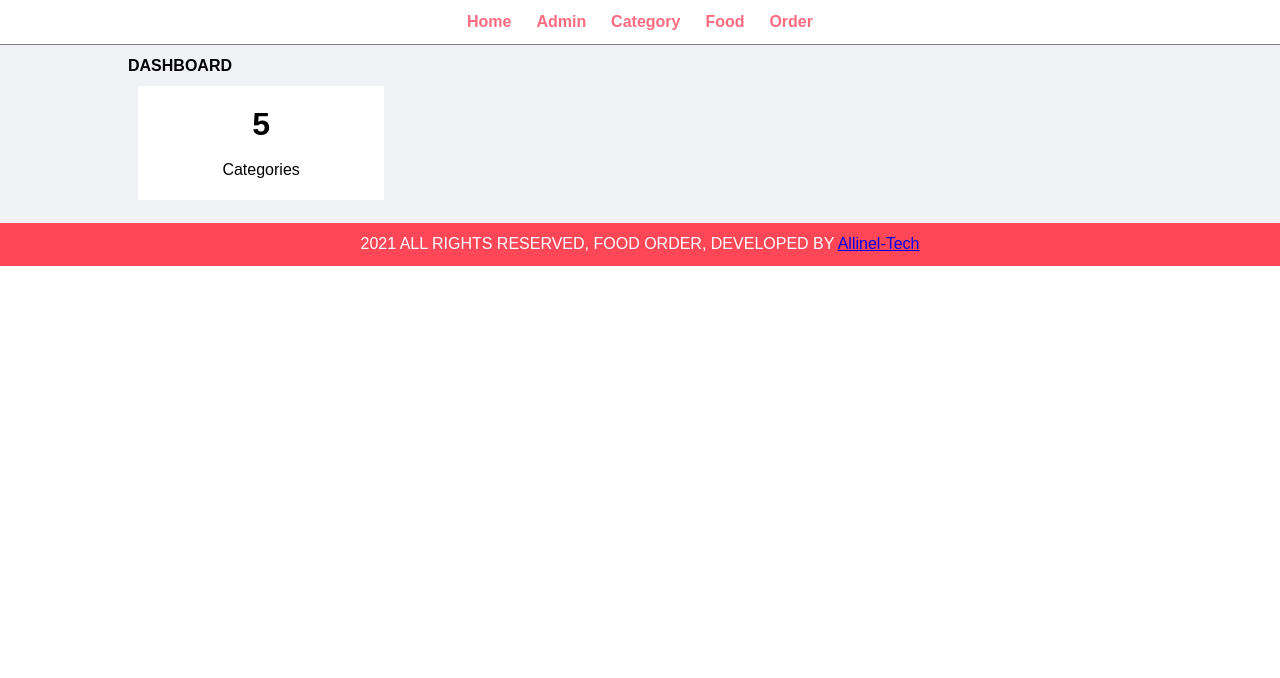
Repository: yazshrilld/food_order
Page: http://localhost/admin/index.php
These files come from the project's save history. The page is drawn as it stood at one moment and after a run of saves; the edit follows.
The browser window is 1280 px wide. The pictures show the whole page.
The page is run by PHP 8.4 with error messages shown; the project is at /var/www/html/.

Above is the page before, as saved 2021-01-24 16:41:21.

After the next 3 saves:
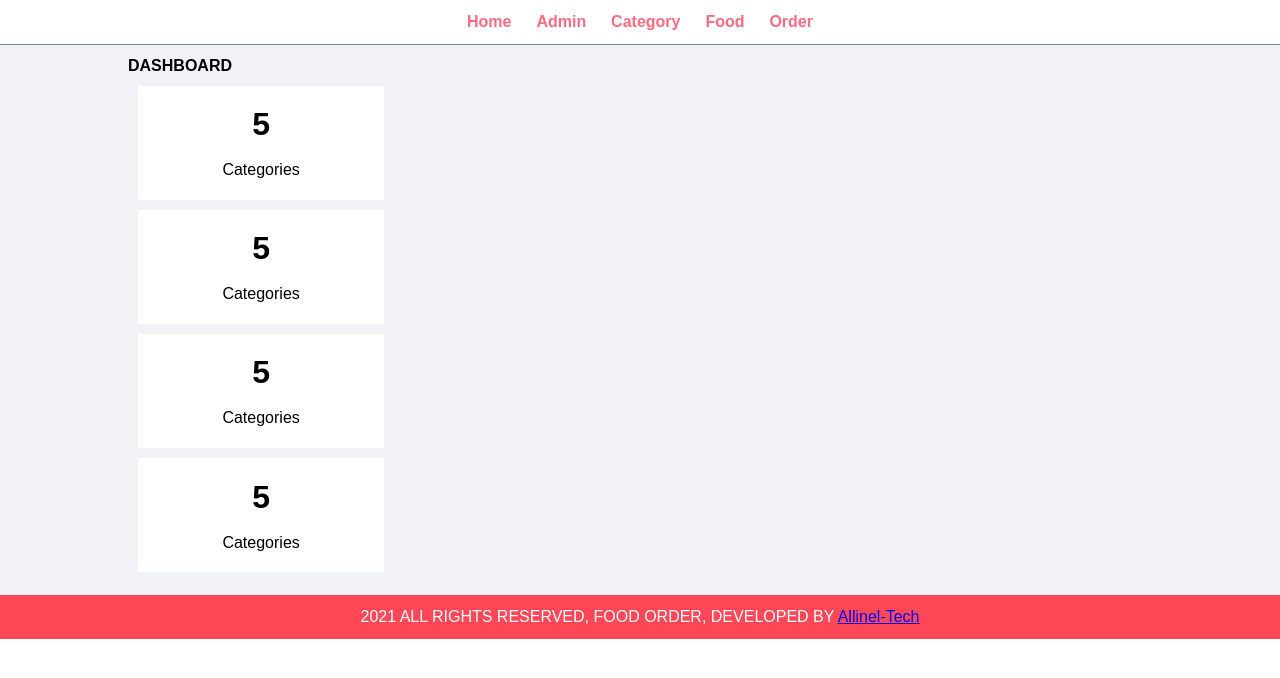
The 3 saves are shown as one change because they came seconds apart.
The last was saved 10 s later.
--- a/admin/index.php
+++ b/admin/index.php
@@ -25,6 +25,15 @@
                     <div class="col-4 text-center">
                         <h1>5</h1><br /> Categories
                     </div>
+                    <div class="col-4 text-center">
+                        <h1>5</h1><br /> Categories
+                    </div>
+                    <div class="col-4 text-center">
+                        <h1>5</h1><br /> Categories
+                    </div>
+                    <div class="col-4 text-center">
+                        <h1>5</h1><br /> Categories
+                    </div>
                 </div>
             </div>
         <!-- Main Content Section Ends -->
